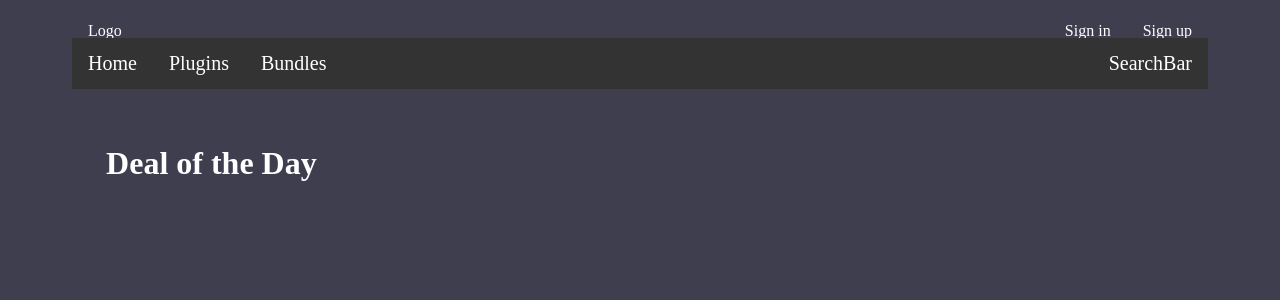
Repository: jigom11791/Wavez
Page: Wavez/Waves-Site/index.html
An editor plug-in stored every save of this project. The page is shown before and after the next save, followed by the edit.
The browser window is 1280 px wide. The pictures show the whole page.

Above is the page before, as saved 2020-10-30 18:14:59.

After the next save:
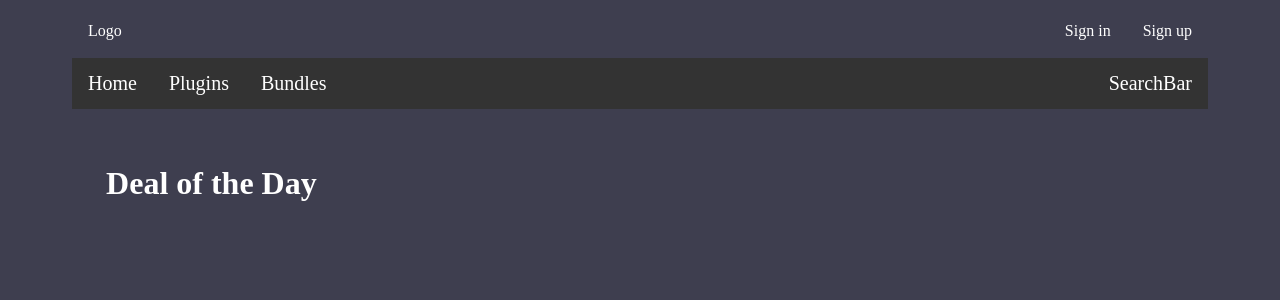
Saved 16 s later.
--- a/Wavez/Waves-Site/style.css
+++ b/Wavez/Waves-Site/style.css
@@ -16,7 +16,7 @@ ul.topnav, ul.header{
     width: 100%;
 }
 .header {
-    height: 30px;
+    height: 50px;
 }
 ul.topnav {
     background-color: #333;
